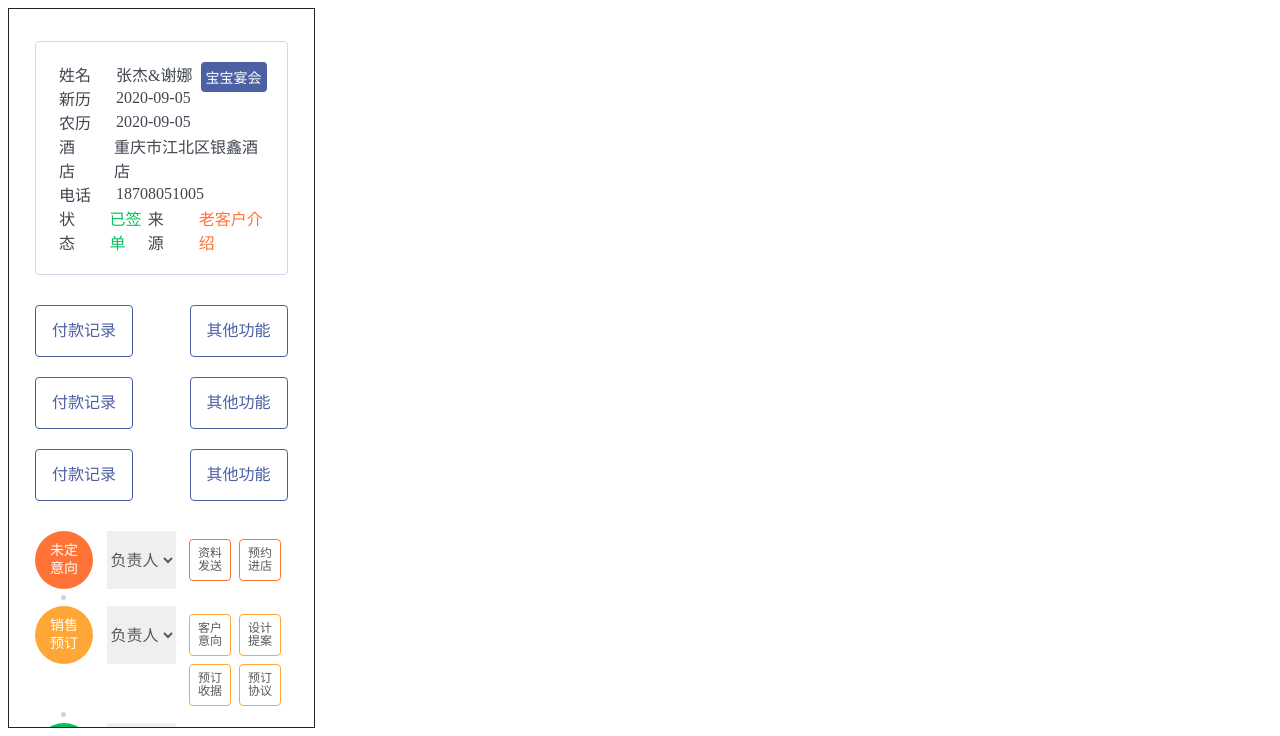
Repository: Lairuola/wedding-1
Page: index.html
The author's editor kept a copy of each file at every save. The page is drawn from the files as they stood at one save, then again after a run of saves.
The browser window is 1280 px wide. The pictures show the whole page.

Above is the page before, as saved 2020-12-24 15:19:54.

### index.html
<!--
 * @Author       : 濑若拉
 * @Date         : 2020-12-17 10:22:14
 * @LastEditors  : 濑若拉
 * @LastEditTime : 2020-12-24 15:19:54
 * @FilePath     : /slidebar/index.html
-->


<!DOCTYPE html>
<html lang="en">

<head>
  <meta charset="UTF-8">
  <meta name="viewport" content="width=device-width, initial-scale=1.0">
  <title>Document</title>
  <style>
    .slide-left {
      width: 402px;
      height: 100vh;
      box-sizing: border-box;
      padding: 32px 26px;
      overflow-y: auto;
      display: flex;
      flex-direction: column;
      align-items: center;
      border: 1px solid #222;
    }

    .info {
      width: 100%;
      height: 328px;
      display: flex;
      flex-direction: column;
      justify-content: space-between;
      padding: 20px 23px;
      position: relative;
      box-sizing: border-box;
      border-radius: 4px;
      border: solid 1px #d1d6e7;
    }

    .info .row {
      width: 100%;
      display: flex;
      font-size: 16px;
      color: #414750;
      flex-direction: row;
      align-items: center;
    }

    .info .row .label,
    .info .end-row .item .label {
      margin-right: 25px;
    }

    .info .end-row {
      width: 100%;
      display: flex;
      flex-direction: row;
      align-items: center;
      justify-content: space-between;
      font-size: 16px;
      color: #414750;
    }

    .info .end-row .item {
      display: flex;
      flex-direction: row;
      align-items: center;
      font-size: 16px;
      color: #414750;
    }

    .info .info-tag {
      padding: 5px;
      background-color: #4c60a3;
      border-radius: 4px;
      font-size: 14px;
      color: #fff;
      position: absolute;
      top: 20px;
      right: 20px;
    }

    .btn-area {
      width: 100%;
      display: flex;
      flex-direction: row;
      align-items: center;
      justify-content: space-between;
      flex-wrap: wrap;
      margin-top: 10px;
      margin-bottom: 30px;
    }

    .btn-area .btn {
      width: 96px;
      height: 50px;
      background-color: #ffffff;
      border-radius: 4px;
      border: solid 1px #4c60a3;
      font-size: 16px;
      color: #4c60a3;
      text-align: center;
      line-height: 50px;
      margin-top: 20px;
    }

    .bot-area {
      width: 100%;
      display: flex;
      flex-direction: column;
    }

    .bot-area .item {
      width: 100%;
      display: flex;
      flex-direction: row;
      position: relative;
      padding-bottom: 17px;
    }

    .bot-area .item .circle {
      width: 58px;
      height: 58px;
      color: #fff;
      border-radius: 100%;
      display: flex;
      align-items: center;
      justify-content: center;
    }

    .bot-area .item .circle .text {
      width: 28px;
      height: 36px;
      font-size: 14px;
      line-height: 18px;
    }

    .bot-area .item .select-wrap {
      width: 96px;
      text-align: center;
    }

    .bot-area .item .select-wrap .bot-select {
      border: none;
      outline: none;
      color: #595959;
      font-size: 16px;
      height: 58px;
    }

    .bot-area .item .btn-row {
      flex: 1;
      display: flex;
      flex-direction: row;
      flex-wrap: wrap;
      margin-right: -8px;
    }

    .bot-area .item .btn-row .btn {
      width: 40px;
      height: 40px;
      border-radius: 4px;
      margin-right: 8px;
      border: 1px solid;
      display: flex;
      align-items: center;
      justify-content: center;
      margin-top: 8px;
      color: #595959;
    }

    .bot-area .item .btn-row .btn .word {
      width: 24px;
      height: 26px;
      font-size: 12px;
      line-height: 13px;
      letter-spacing: 0px;
    }

    .bot-area .item .dot {
      width: 5px;
      height: 5px;
      background-color: #d2d2d2;
      border-radius: 100%;
      position: absolute;
      bottom: 6px;
      left: 26px;
    }

    .bot-area .item .btn-row .btn.orange {
      border-color: #ff7336;
    }

    .bot-area .item .btn-row .btn.orange:hover {
      background-color: #ff7336;
      color: #fff;
    }

    .bot-area .item .btn-row .btn.yellow {
      border-color: #ffa736;
    }

    .bot-area .item .btn-row .btn.yellow:hover {
      background-color: #ffa736;
      color: #fff;
    }

    .bot-area .item .btn-row .btn.green {
      border-color: #07c160;
    }

    .bot-area .item .btn-row .btn.green:hover {
      background-color: #07c160;
      color: #fff;
    }

    .bot-area .item .btn-row .btn.aqua {
      border-color: #0bc8cb;
    }

    .bot-area .item .btn-row .btn.aqua:hover {
      background-color: #0bc8cb;
      color: #fff;
    }

    .bot-area .item .btn-row .btn.blue {
      border-color: #3d9bfb;
    }

    .bot-area .item .btn-row .btn.blue:hover {
      background-color: #3d9bfb;
      color: #fff;
    }

    .bot-area .item .btn-row .btn.cornflowerblue {
      border-color: #4c60a3;
    }

    .bot-area .item .btn-row .btn.cornflowerblue:hover {
      background-color: #4c60a3;
      color: #fff;
    }

    .color-green {
      color: #07c160
    }

    .color-orange {
      color: #ff7336;
    }

    .bg-color-red {
      background-color: #ff7336;
    }

    .bg-color-yellow {
      background-color: #ffa736;
    }

    .bg-color-green {
      background-color: #07c160;
    }

    .bg-color-aqua {
      background-color: #0bc8cb;
    }

    .bg-color-blue {
      background-color: #3d9bfb;
    }

    .bg-color-cornflowerblue {
      background-color: #4c60a3;
    }
  </style>
  <style>
    .my-table {
      width: 100%;
      height: 80vh;
      display: flex;
      flex-direction: column;
      margin-left: 40px;
    }
  </style>
</head>

<body style="display: flex;flex-direction: row;">
  <div class="slide-left">
    <!-- 资料 -->
    <div class="info">
      <div class="row">
        <div class="label">姓名</div>
        <div class="content">张杰&谢娜</div>
      </div>
      <div class="row">
        <div class="label">新历</div>
        <div class="content">2020-09-05</div>
      </div>
      <div class="row">
        <div class="label">农历</div>
        <div class="content">2020-09-05</div>
      </div>
      <div class="row">
        <div class="label">酒店</div>
        <div class="content">重庆市江北区银鑫酒店</div>
      </div>
      <div class="row">
        <div class="label">电话</div>
        <div class="content">18708051005</div>
      </div>
      <div class="end-row">
        <div class="item">
          <div class="label">状态</div>
          <div class="content color-green">已签单</div>
        </div>
        <div class="item">
          <div class="label">来源</div>
          <div class="content color-orange">老客户介绍</div>
        </div>
      </div>
      <!-- tag -->
      <div class="info-tag">宝宝宴会</div>
    </div>
    <!-- btn-area -->
    <div class="btn-area">
      <div class="btn">付款记录</div>
      <div class="btn">其他功能</div>
      <div class="btn">付款记录</div>
      <div class="btn">其他功能</div>
      <div class="btn">付款记录</div>
      <div class="btn">其他功能</div>
    </div>
    <!-- bot-area -->
    <div class="bot-area">
      <div class="item">
        <div class="circle bg-color-red">
          <div class="text">未定意向</div>
        </div>
        <div class="select-wrap">
          <select class='bot-select' name="" id="">
            <option value="">负责人</option>
          </select>
        </div>
        <div class="btn-row">
          <div class="btn orange">
            <div class="word">资料发送</div>
          </div>
          <div class="btn orange">
            <div class="word">预约进店</div>
          </div>
        </div>
        <div class="dot"></div>
      </div>
      <div class="item">
        <div class="circle bg-color-yellow">
          <div class="text">销售预订</div>
        </div>
        <div class="select-wrap">
          <select class='bot-select' name="" id="">
            <option value="">负责人</option>
          </select>
        </div>
        <div class="btn-row">
          <div class="btn yellow">
            <div class="word">客户意向</div>
          </div>
          <div class="btn yellow">
            <div class="word">设计提案</div>
          </div>
          <div class="btn yellow">
            <div class="word">预订收据</div>
          </div>
          <div class="btn yellow">
            <div class="word">预订协议</div>
          </div>
        </div>
        <div class="dot"></div>
      </div>
      <div class="item">
        <div class="circle bg-color-green">
          <div class="text">设计策划</div>
        </div>
        <div class="select-wrap">
          <select class='bot-select' name="" id="">
            <option value="">负责人</option>
          </select>
        </div>
        <div class="btn-row">
          <div class="btn green">
            <div class="word">策划设计</div>
          </div>
          <div class="btn green">
            <div class="word">价格明细</div>
          </div>
          <div class="btn green">
            <div class="word">正式合同</div>
          </div>
          <div class="btn green">
            <div class="word">搭建清单</div>
          </div>
        </div>
        <div class="dot"></div>
      </div>
      <div class="item">
        <div class="circle bg-color-aqua">
          <div class="text">服务统筹</div>
        </div>
        <div class="select-wrap">
          <select class='bot-select' name="" id="">
            <option value="">负责人</option>
          </select>
        </div>
        <div class="btn-row">
          <div class="btn aqua">
            <div class="word">统筹服务</div>
          </div>
        </div>
        <div class="dot"></div>
      </div>
      <div class="item">
        <div class="circle bg-color-blue">
          <div class="text">执行搭建</div>
        </div>
        <div class="select-wrap">
          <select class='bot-select' name="" id="">
            <option value="">负责人</option>
          </select>
        </div>
        <div class="btn-row">
          <div class="btn blue">
            <div class="word">搭建确认</div>
          </div>
          <div class="btn blue">
            <div class="word">执行完成</div>
          </div>
        </div>
        <div class="dot"></div>
      </div>
      <div class="item">
        <div class="circle bg-color-cornflowerblue">
          <div class="text">成本结算</div>
        </div>
        <div class="select-wrap">
          <select class='bot-select' name="" id="">
            <option value="">负责人</option>
          </select>
        </div>
        <div class="btn-row">
          <div class="btn cornflowerblue">
            <div class="word">成本核算</div>
          </div>
        </div>
      </div>
    </div>
  </div>
  <div class="my-table"></div>
</body>

</html>

After the next 2 saves:
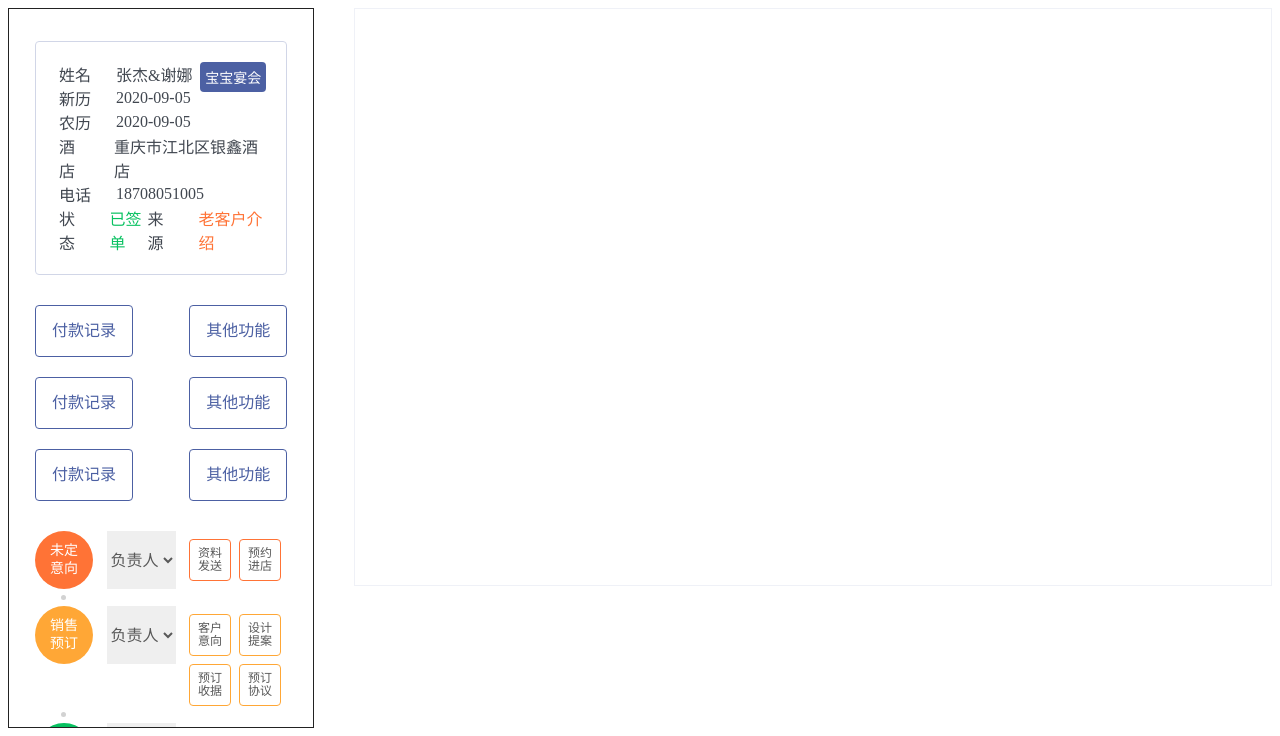
The 2 saves are shown as one change because they came seconds apart.
The last was saved 18 s later.
--- a/index.html
+++ b/index.html
@@ -2,7 +2,7 @@
  * @Author       : 濑若拉
  * @Date         : 2020-12-17 10:22:14
  * @LastEditors  : 濑若拉
- * @LastEditTime : 2020-12-24 15:19:54
+ * @LastEditTime : 2020-12-24 15:20:11
  * @FilePath     : /slidebar/index.html
 -->
 
@@ -283,6 +283,7 @@
       display: flex;
       flex-direction: column;
       margin-left: 40px;
+      border: 1px solid #eff1f7;
     }
   </style>
 </head>
